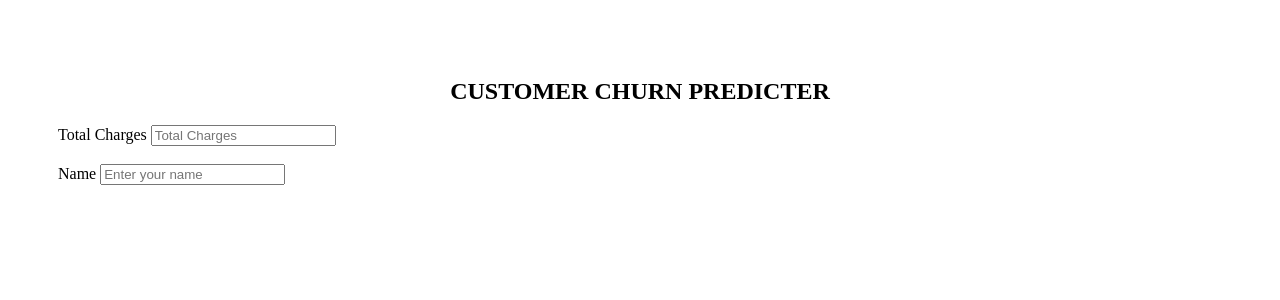
Repository: Cedrqmwesigwa/customer-churn-Bank
Page: index.html
The author's editor kept a copy of each file at every save. The page is drawn from the files as they stood at one save, then again after the next save.
The browser window is 1280 px wide. The pictures show the whole page.

Above is the page before, as saved 2024-05-21 03:29:10.

After the next save:
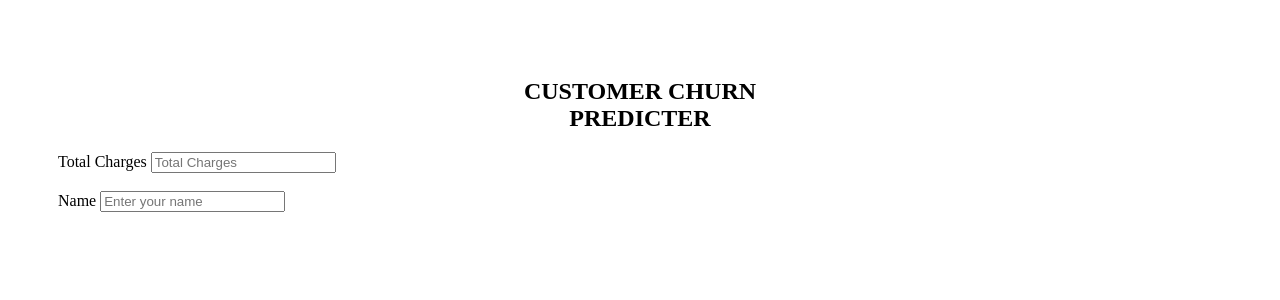
Saved 4 s later.
--- a/index.html
+++ b/index.html
@@ -25,7 +25,7 @@
         <section>
             <div class="login">
                 <!-- <div style="center"></div> -->
-                <h1 style="text-align: center;"> CUSTOMER CHURN  PREDICTER</h1>
+                <h1 style="text-align: center;"> CUSTOMER CHURN <br> PREDICTER</h1>
         </section>
 
             <section>
